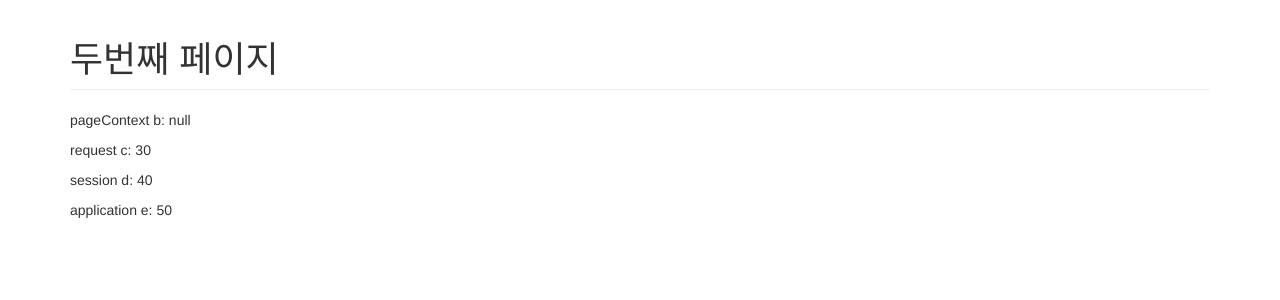
Repository: kimgyuseok/Server
Page: http://localhost/JSPTest/ex12_one.jsp
These files come from the project's save history. The page is drawn as it stood at one moment and after the next save; the edit follows.
The browser window is 1280 px wide. The pictures show the whole page.
The page is served by Tomcat 9.

Above is the page before, as saved 2022-01-07 05:12:57.

After the next save:
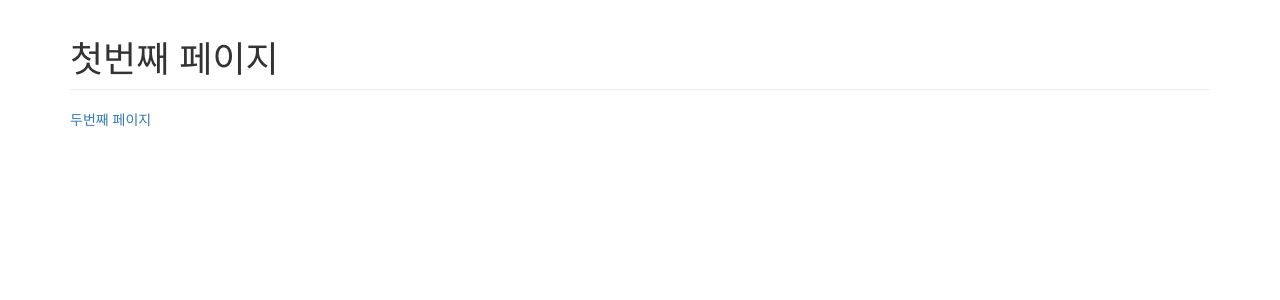
Saved 58 s later.
--- a/JSPTest/src/main/webapp/ex12_one.jsp
+++ b/JSPTest/src/main/webapp/ex12_one.jsp
@@ -12,7 +12,7 @@
 
 	application.setAttribute("e", 50);
 
-	pageContext.forward("ex12_two.jsp");
+// 	pageContext.forward("ex12_two.jsp");
 
 
 %>
@@ -32,6 +32,9 @@
 	<div class="container">
 		<h1 class="page-header">첫번째 페이지<small></small></h1>
 
+
+		<a href="ex12_two.jsp">두번째 페이지</a>
+
 		<%
 
 
